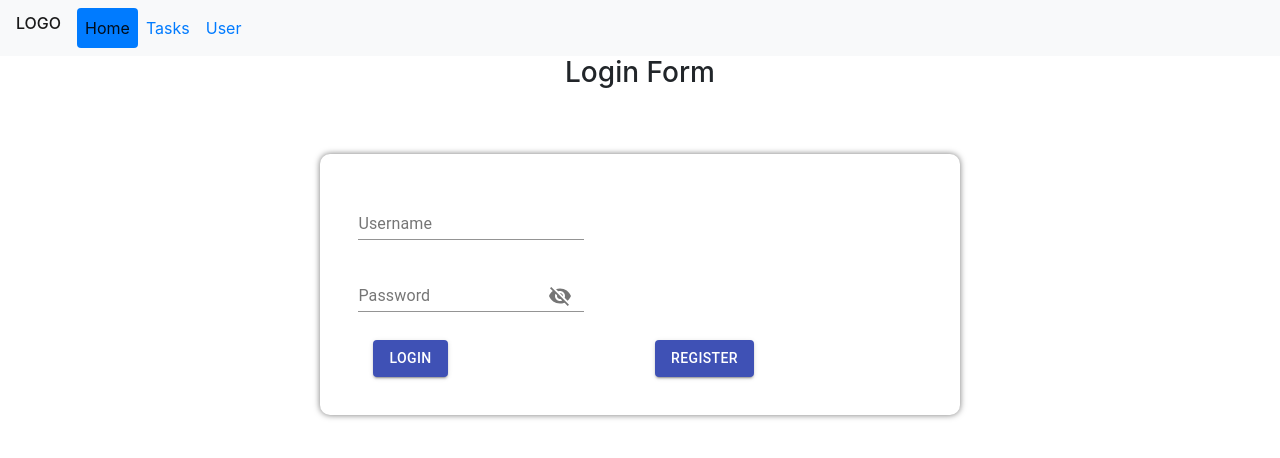
Repository: lalji-yadav/Nimapinfotech-demo-project
Page: /login
The author's editor kept a copy of each file at every save. The page is drawn from the files as they stood at one save, then again after the next save.
The browser window is 1280 px wide. The pictures show the whole page.
The project was rebuilt for these pictures with package versions that can differ from the ones it lists, and the page was loaded fresh each time. Also part of the build but not shown: src/components/Home.js, src/components/Tasks.js, src/components/Users.js.

Above is the page before, as saved 2021-01-18 11:59:34.

### src/App.js
// import './App.css';
import Navbar from "./components/Navbars";
import Login from "./components/Login";


function App() {
  return (
    <div>

    {/* <Login /> */}
    <Navbar />
    </div>
  );
}

export default App;

### src/components/Navbars.js
import React from 'react';
import { Navbar,Nav,NavDropdown,Form,FormControl ,Button } from 'react-bootstrap';
import {
  BrowserRouter as Router,
  Switch,
  Route,
  Link
} from "react-router-dom";

import Home from "./Home";
import Tasks from "./Tasks";
import User from "./Users";
import Login from "./Login";


const Navbars=()=> {
        return (
            <div>

              <Router>
                  <Navbar bg="light" expand="lg">
                      <Navbar.Brand> <h6>LOGO</h6></Navbar.Brand>
                      <Navbar.Toggle aria-controls="basic-navbar-nav" />
                      <Navbar.Collapse id="basic-navbar-nav">
                      <Nav variant="pills" defaultActiveKey="/">
                        <Nav.Item>
                          <Nav.Link href="/">Home </Nav.Link>
                        </Nav.Item>
                        <Nav.Item>
                          <Nav.Link eventKey="link-1"> <Link to="/tasks"> Tasks </Link> </Nav.Link>
                        </Nav.Item>
                        <Nav.Item>
                          <Nav.Link eventKey="link-2">
                          <Link to="/user"> User </Link>
                          </Nav.Link>
                        </Nav.Item>
                      </Nav>
                      </Navbar.Collapse>
                    </Navbar>


                    <Switch>
                      <Route exact path="/" component={Home} />

                      <Route exact path="/user" component={User} />

                      <Route exact path="/tasks" component={Tasks} />

                      <Route exact path="/login" component={Login} />

                    </Switch>
             </Router>

            </div>
        );
    }

export default Navbars;

### src/components/Login.js
import React from 'react';
import {IconButton, TextField,Input,InputLabel,FormControl,InputAdornment,Card,
Button} from '@material-ui/core';
import VisibilityIcon from '@material-ui/icons/Visibility';
import VisibilityOffIcon from '@material-ui/icons/VisibilityOff';
import axios from "axios";
import { useHistory } from "react-router-dom";
import { useFormik } from 'formik';


const validate = values => {
  const errors = {};
  if (!values.username) {
    errors.username = 'Required';
  } else if (values.username.length < 3) {
    errors.username = 'Must be 3 characters or greater';
  }

  if (!values.password) {
    errors.password = 'Required';
  } else if (values.password.length < 6) {
    errors.password = 'Must be 6 characters or greater';
  }

  return errors;
};

 const Login=()=> {

  const [values, setValues] = React.useState({
    username:'',
    password: '',
    showPassword: false,
  });

  let history = useHistory();

  const handleChange = (prop) => (event) => {
    setValues({ ...values, [prop]: event.target.value });
  };

  const handleClickShowPassword = () => {
    setValues({ ...values, showPassword: !values.showPassword });
  };

  const handleMouseDownPassword = (event) => {
    event.preventDefault();
  };

  const formik = useFormik({
    initialValues: {
      username: '',
      password: ''
    },
    validate,
  });

 const formSubmit=()=> {
        axios.post('https://reqres.in/api/login',
        { username: formik.values.username, password: formik.values.password }).then(response => {
        console.log(response);
      alert("Login Successfullly");
      history.push('/')
      }).catch(error => {
          console.log(error);
          alert("Please enter correct email and password")
      });
    //alert(`${values.Username}`)
  }

  return (
    <div>

      <h3 style={{textAlign:'center'}}> Login Form  </h3>
      <div className="effect1" style={{width:"50%", margin:"5% 25% 0% 25%", padding:"3%"}}>

         <TextField id="username"
           // onChange={handleChange('username')}
           // value={values.username}
            style={{width:"40%"}}
            label="Username"
            color="primary"

            name="username"
            type="text"
            onChange={formik.handleChange('username')}
            onBlur={formik.handleBlur}
            value={formik.values.username}
             /> <br /> <br />

            <span style={{color:"red"}}>
             {formik.touched.username && formik.errors.username ? (
             <div>{formik.errors.username}</div>
             ) : null}
            </span>

           <FormControl style={{width:"40%"}}>
           <InputLabel htmlFor="password">Password</InputLabel>
           <Input
            id="password"
            type={values.showPassword ? 'text' : 'password'}
           // value={values.password}
           // onChange={handleChange('password')}

            name="password"
            onChange={formik.handleChange('password')}
            onBlur={formik.handleBlur}
            value={formik.values.password}
            endAdornment={
              <InputAdornment position="end">
                <IconButton
                  aria-label="toggle password visibility"
                  onClick={handleClickShowPassword}
                  onMouseDown={handleMouseDownPassword}
                >
                  {values.showPassword ? <VisibilityIcon /> : <VisibilityOffIcon />}
                </IconButton>
              </InputAdornment>
            }
          />
        </FormControl>

        <span style={{color:"red"}}>
        {formik.touched.password && formik.errors.password ? (
         <div>{formik.errors.password}</div>
        ) : null}
        </span>

        <div className="row" style={{margin:"5% 0% 0% 0%"}}>
          <div className="col-sm-6">
            <Button onClick={formSubmit} variant="contained" color="primary"> Login </Button>
          </div>
          <div className="col-sm-6">
          <Button variant="contained" color="primary"> Register </Button>
          </div>

        </div>
      </div>
    </div>
  );
}

export default Login;

### src/App.css
.scroll-tab {
    height: 55vh;
    margin: 3% 3% 5% 3%;
    overflow-y: scroll;
    border: "1px solid red";
}
::-webkit-scrollbar{
    width: 12px;
    height: 12px;
}
::-webkit-scrollbar-track {
    box-shadow: inset 0 0 10px #4A4A4A;
    border-radius: 10px;
    }

    ::-webkit-scrollbar-thumb {
    border-radius: 10px;
    background: #4A4A4A;
}

.effect1{
        box-shadow: 0px 0px 6px #777;
        border-radius: 10px;
}

Loaded but not shown: public/index.html (common file); src/index.js (common file); src/index.css (common file); src/reportWebVitals.js (common file)

After the next save:
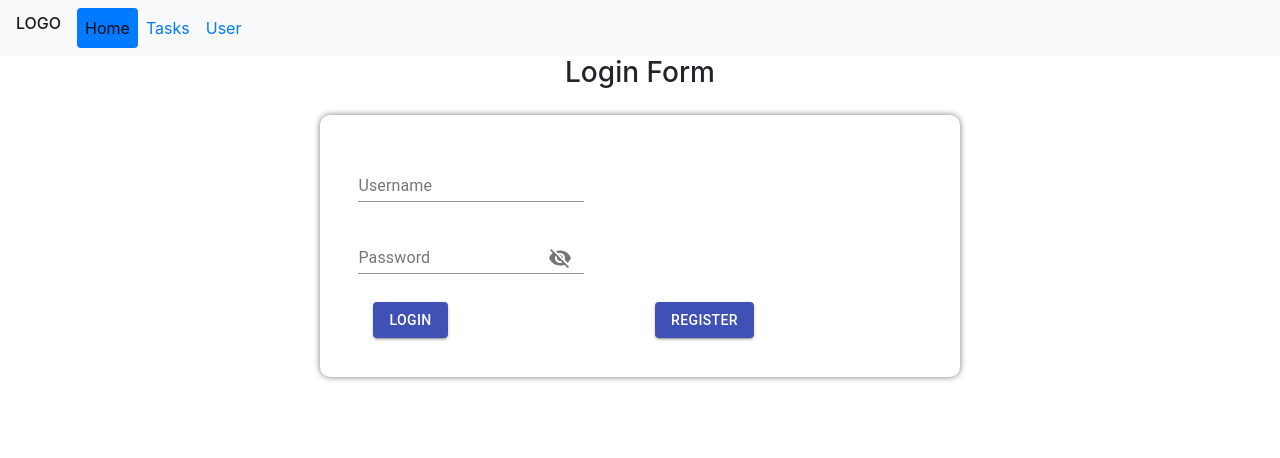
Saved 14 s later.
--- a/src/components/Login.js
+++ b/src/components/Login.js
@@ -72,7 +72,7 @@ const validate = values => {
     <div>
 
       <h3 style={{textAlign:'center'}}> Login Form  </h3>
-      <div className="effect1" style={{width:"50%", margin:"5% 25% 0% 25%", padding:"3%"}}>
+      <div className="effect1" style={{width:"50%", margin:"2% 25% 0% 25%", padding:"3%"}}>
 
          <TextField id="username"
            // onChange={handleChange('username')}
